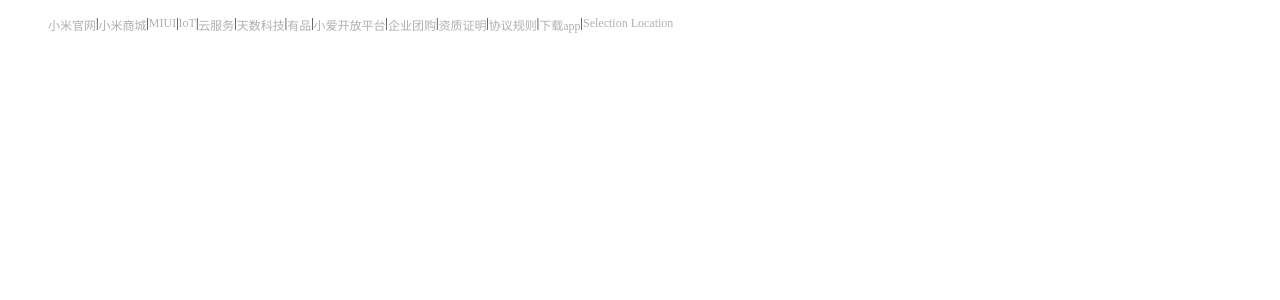
Repository: MonoYan/Mi-Homepage
Page: index.html
These files come from the project's save history. The page is drawn as it stood at one moment and after the next save; the edit follows.
The browser window is 1280 px wide. The pictures show the whole page.

Above is the page before, as saved 2022-11-22 16:30:53.

### index.html
<!DOCTYPE html>
<html lang="en">

<head>
    <meta charset="UTF-8">
    <meta http-equiv="X-UA-Compatible" content="IE=edge">
    <meta name="viewport" content="width=device-width, initial-scale=1.0">
    <link rel="stylesheet" type="text/css" href="/css/style.css">
    <title>
        小米商城 - Xiaomi 12、Redmi K50、MIX FOLD，小米电视官方网站
    </title>
</head>

<body>
    <!-- 黑色导航栏 -->
    <div class="container">
        <div class="topbar-nav">
            <ul>
                <li><a class="no-decoration" href="#">小米官网</a></li>
                <li><span class="sep">|</span></li>
                <li><a class="no-decoration" href="#">小米商城</a></li>
                <li><span class="sep">|</span></li>
                <li><a class="no-decoration" href="#">MIUI</a></li>
                <li><span class="sep">|</span></li>
                <li><a class="no-decoration" href="#">IoT</a></li>
                <li><span class="sep">|</span></li>
                <li><a class="no-decoration" href="#">云服务</a></li>
                <li><span class="sep">|</span></li>
                <li><a class="no-decoration" href="#">天数科技</a></li>
                <li><span class="sep">|</span></li>
                <li><a class="no-decoration" href="#">有品</a></li>
                <li><span class="sep">|</span></li>
                <li><a class="no-decoration" href="#">小爱开放平台</a></li>
                <li><span class="sep">|</span></li>
                <li><a class="no-decoration" href="#">企业团购</a></li>
                <li><span class="sep">|</span></li>
                <li><a class="no-decoration" href="#">资质证明</a></li>
                <li><span class="sep">|</span></li>
                <li><a class="no-decoration" href="#">协议规则</a></li>
                <li><span class="sep">|</span></li>
                <li><a class="no-decoration" href="#">下载app</a></li>
                <li><span class="sep">|</span></li>
                <li><a class="no-decoration" href="#">Selection Location</a></li>
            </ul>
        </div>

    </div>
    <!-- 站内导航 -->
    <nav>

    </nav>
    <!-- 轮播 -->
    <div>

    </div>
    <!-- 轮播下面的四个导航 -->
    <div>

    </div>
    <div>

    </div>
    <!-- main page -->
    <div>

    </div>
    <!-- footer-sever -->
    <div>

    </div>
    <!-- footer-link -->
    <div>

    </div>
    <footer>

    </footer>
</body>

</html>

### css/style.css
.topbar-nav li{
    list-style: none;
    float:left;
    font-family:'Times New Roman', Times, serif;
    font-size: 12px;
}
.no-decoration
{
    text-decoration: none;
    color: #b0b0b0;
}
.container
{
    background-color: black;
}

After the next save:
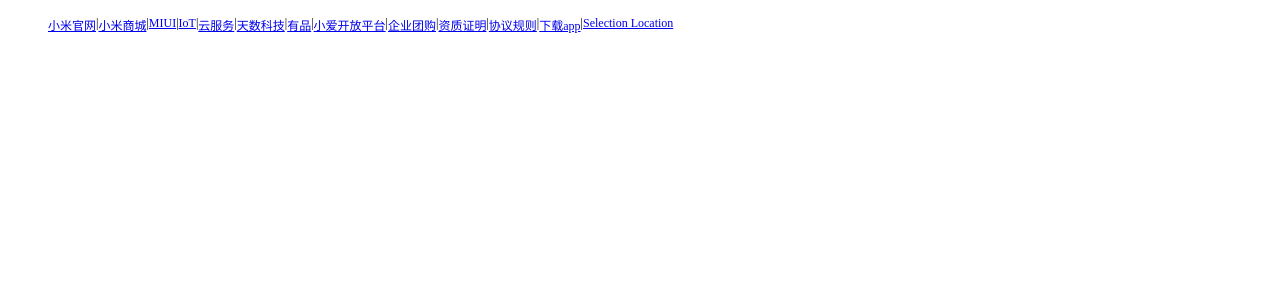
Saved 7 s later.
--- a/css/style.css
+++ b/css/style.css
@@ -4,6 +4,7 @@
     font-family:'Times New Roman', Times, serif;
     font-size: 12px;
 }
+.topbar-nav a
 .no-decoration
 {
     text-decoration: none;

After the save that followed:
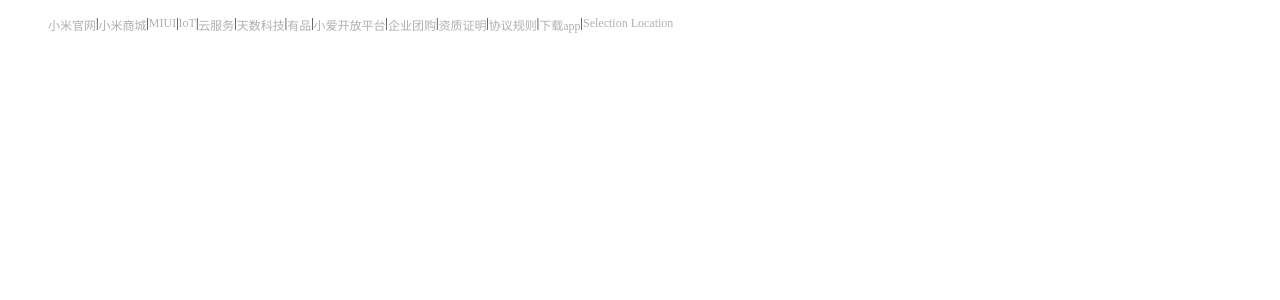
Saved 5 s later.
--- a/css/style.css
+++ b/css/style.css
@@ -4,7 +4,9 @@
     font-family:'Times New Roman', Times, serif;
     font-size: 12px;
 }
-.topbar-nav a
+.topbar-nav a:hover{
+
+}
 .no-decoration
 {
     text-decoration: none;
